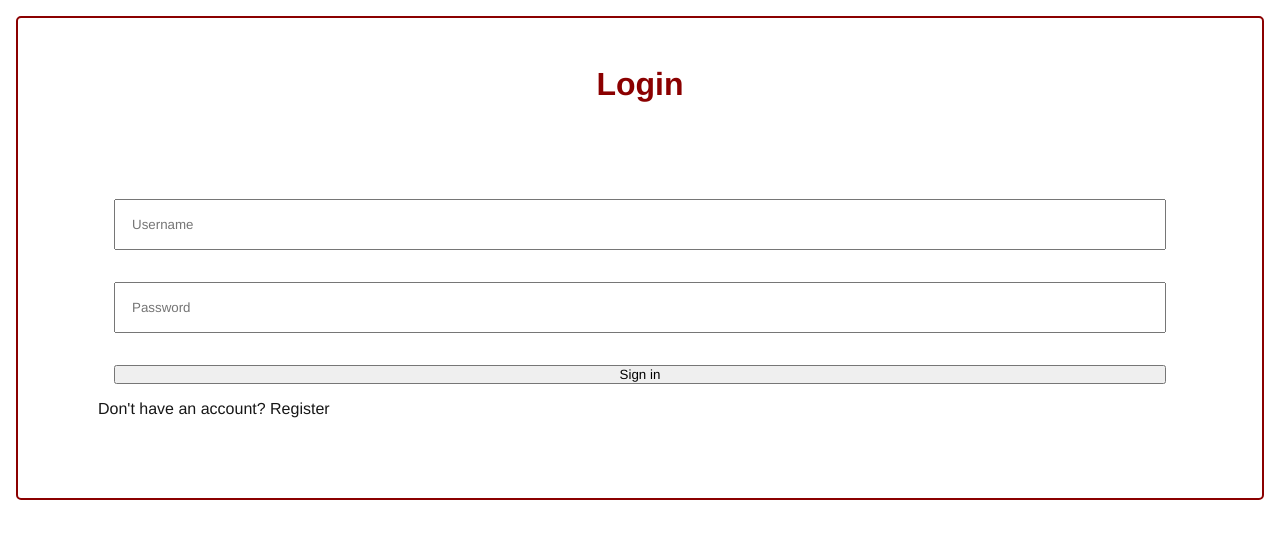
Repository: EricRobertCampbell/palaeo-fossil-classifier
Page: /login (app in palaeo-fossil-classifier/)
These files come from the project's save history. The page is drawn as it stood at one moment and after the next save; the edit follows.
The browser window is 1280 px wide. The pictures show the whole page.
The project was rebuilt for these pictures with package versions that can differ from the ones it lists, and the page was loaded fresh each time. The framework's server and built-in components were replaced by stand-ins that run in the browser. Also part of the build but not shown: palaeo-fossil-classifier/next.config.ts.

Above is the page before, as saved 2024-11-30 12:42:02.

After the next save:
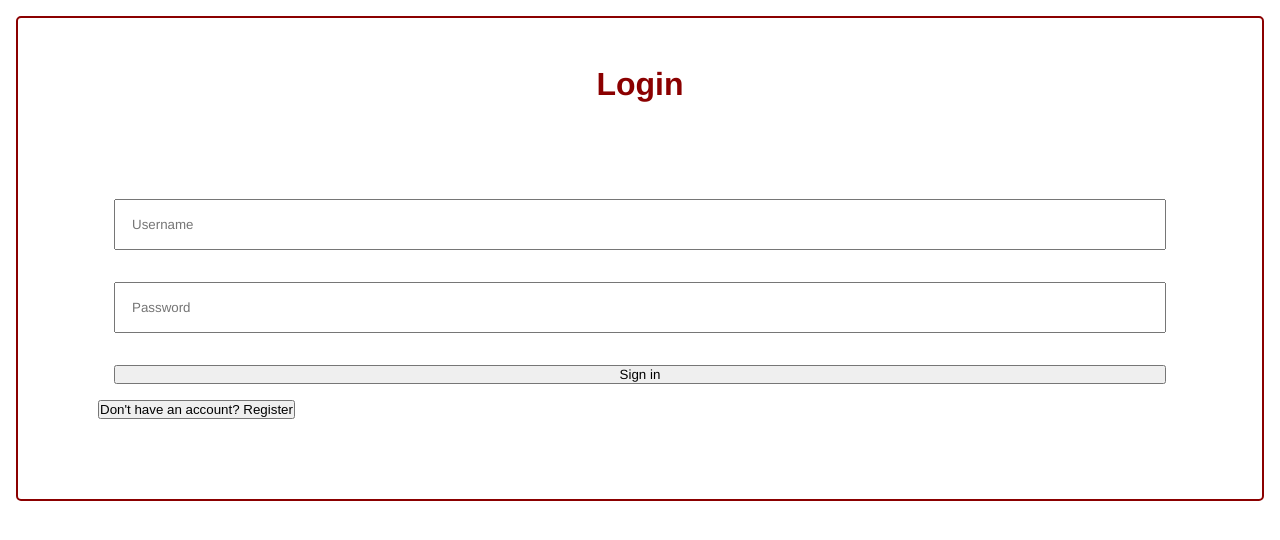
Saved 26 s later.
--- a/palaeo-fossil-classifier/app/login/page.tsx
+++ b/palaeo-fossil-classifier/app/login/page.tsx
@@ -21,7 +21,7 @@ export default function login() {
         <button className={styles.button}> Sign in </button>
         <a href="#">
           {" "}
-          <p> Don't have an account? Register </p>
+          <button> Don't have an account? Register </button>
         </a>
       </div>
     </div>
